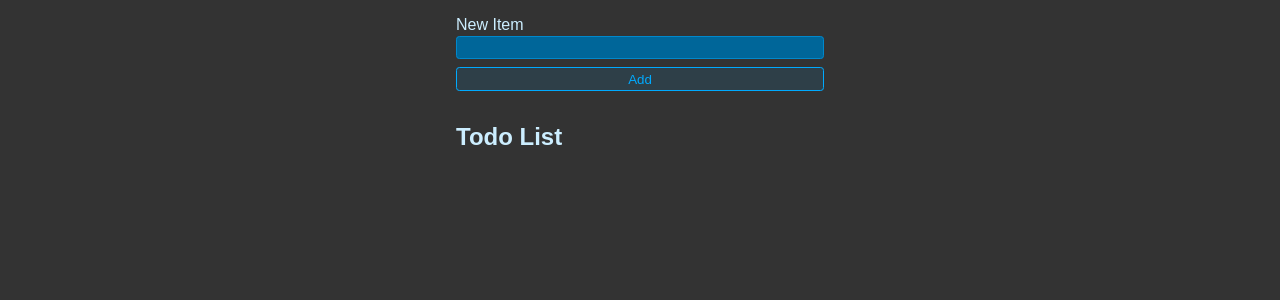
Repository: lvcg/react-todo-list-app
Page: /
An editor plug-in stored every save of this project. The page is shown before and after a run of saves, followed by the edit.
The browser window is 1280 px wide. The pictures show the whole page.
The project was rebuilt for these pictures with package versions that can differ from the ones it lists, and the page was loaded fresh each time. Also part of the build but not shown: vite.config.js.

Above is the page before, as saved 2024-02-23 13:24:28.

### src/App.jsx
import "./styles.css"

export default function App () {
  return (
  <>
  <form className="new-item-form">
    <div className="form-row">
      <label htmlfor="item">New Item </label>
      <input type="text" id="item" />
    </div>
    <button className="btn">Add </button>
    <h1 className="header">Todo List</h1>
  </form>
  </>
  )
}

Loaded but not shown: index.html (common file); src/main.jsx (common file); src/styles.css (common file)

After the next 3 saves:
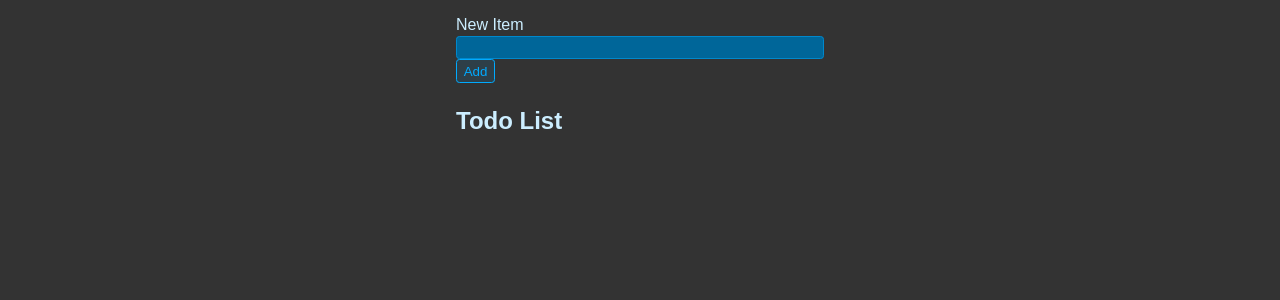
The 3 saves are shown as one change because 1 did not build or start and some came seconds apart.
The last was saved 105 s later.
--- a/src/App.jsx
+++ b/src/App.jsx
@@ -8,9 +8,9 @@ export default function App () {
       <label htmlfor="item">New Item </label>
       <input type="text" id="item" />
     </div>
+    </form>
     <button className="btn">Add </button>
     <h1 className="header">Todo List</h1>
-  </form>
   </>
   )
 }
